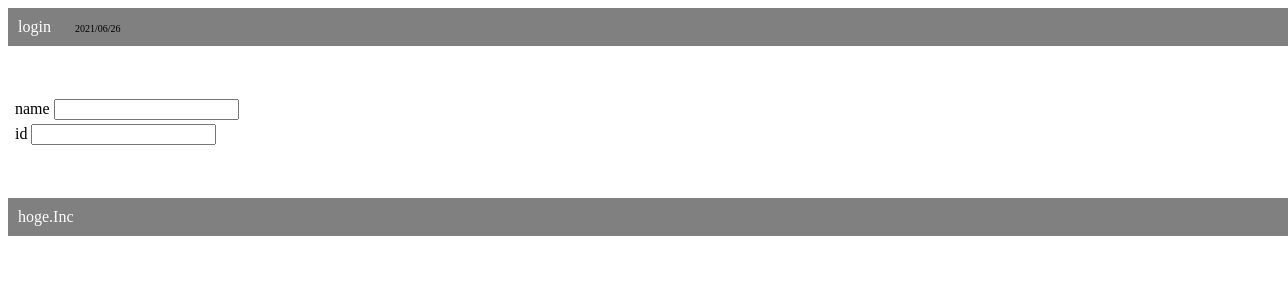
Repository: genki-iwai/curriculum
Page: http://localhost/Check3/
The author's editor kept a copy of each file at every save. The page is drawn from the files as they stood at one save, then again after the next save.
The browser window is 1280 px wide. The page is 1288 px wide, so the pictures cover 1288 px, including what lies to the right of the window. The pictures show the whole page.
The page is served by Tomcat 9.

Above is the page before, as saved 2021-07-06 20:57:33.

After the next save:
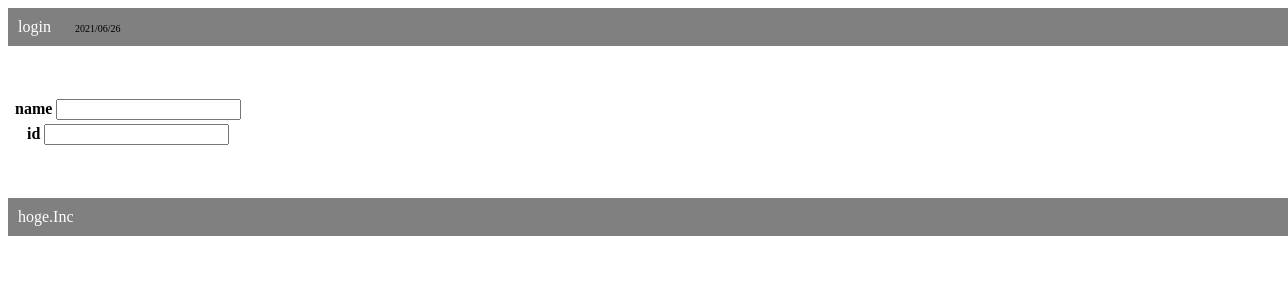
Saved 49 s later.
--- a/JavaStudy/Check3/WebContent/jspTest.jsp
+++ b/JavaStudy/Check3/WebContent/jspTest.jsp
@@ -14,11 +14,11 @@
 		<table>
 			<tr>
 				<td></td>
-				<td>name <input type = "text"></td>
+				<th>name <input type = "text"></th>
 			</tr>
 			<tr>
 			<td></td>
-				<td>id <input type = "text"></td>
+				<th>id <input type = "text"></th>
 			</tr>
 		</table>
 	</div>
